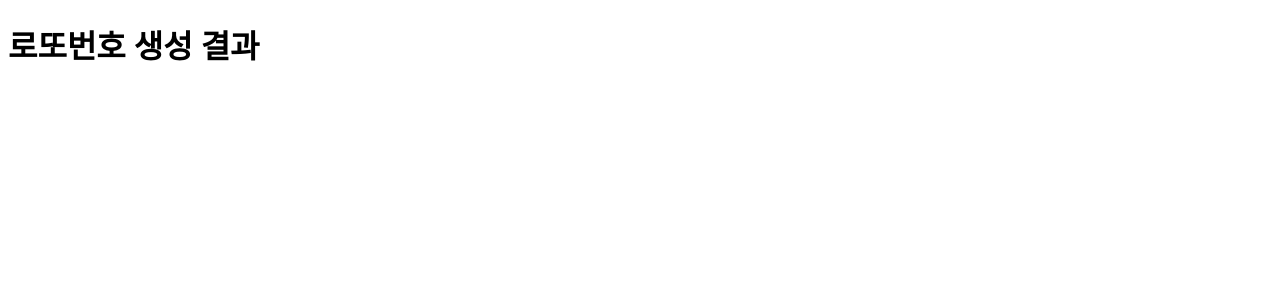
Repository: markahn02050/jsp_practice
Page: http://localhost/JSPBasic/JspTag/TagQ03.jsp
The author's editor kept a copy of each file at every save. The page is drawn from the files as they stood at one save, then again after the next save.
The browser window is 1280 px wide. The pictures show the whole page.
The page is served by Tomcat 9.

Above is the page before, as saved 2022-02-03 01:13:27.

### JSPBasic/src/main/webapp/JspTag/TagQ03.jsp
<%@ page language="java" contentType="text/html; charset=UTF-8"
    pageEncoding="UTF-8"%>
<%@ page import = "java.util.ArrayList" %>
<!DOCTYPE html>
<html>
<head>
<meta charset="UTF-8">
<title>Insert title here</title>
</head>
<body>
	<%!
		ArrayList<Integer> lotto = new ArrayList<>();

		int bonusNum = 0;
	%>

	<h1>로또번호 생성 결과</h1>

</body>
</html>

After the next save:
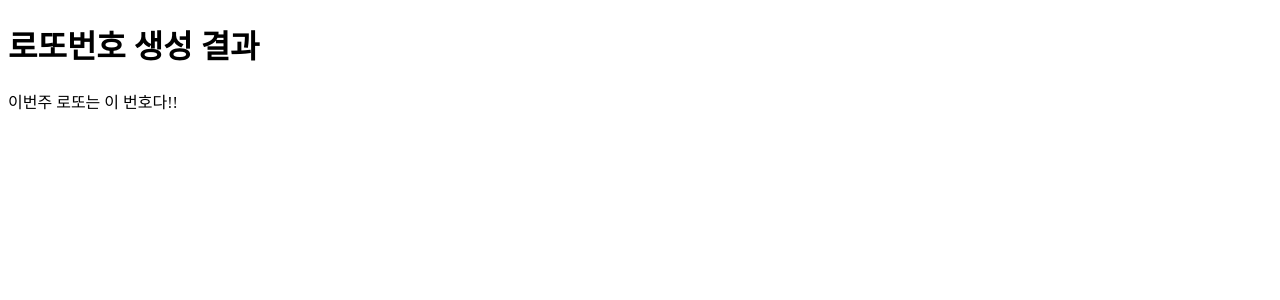
Saved 29 s later.
--- a/JSPBasic/src/main/webapp/JspTag/TagQ03.jsp
+++ b/JSPBasic/src/main/webapp/JspTag/TagQ03.jsp
@@ -16,5 +16,7 @@
 
 	<h1>로또번호 생성 결과</h1>
 
+	<p>이번주 로또는 이 번호다!!</p>
+
 </body>
 </html>
